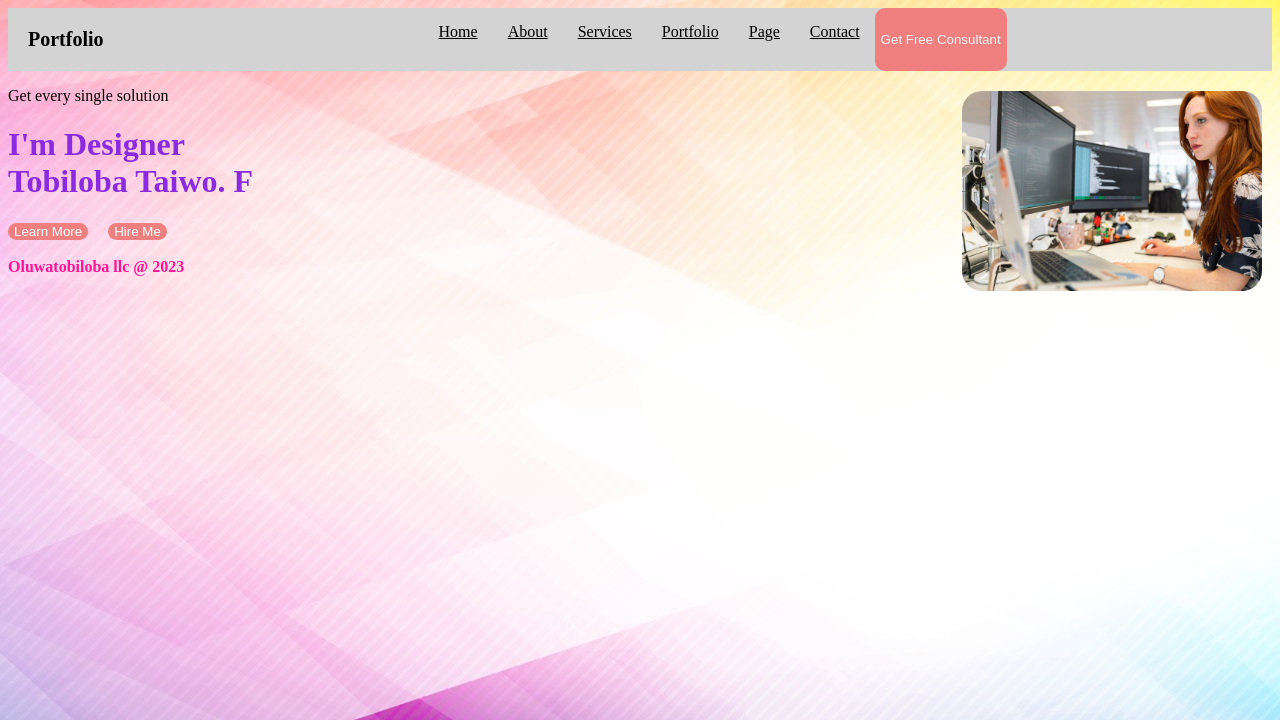
Repository: Tobby004/bdc_task_1
Page: index.html
An editor plug-in stored every save of this project. The page is shown before and after the next save, followed by the edit.
The browser window is 1280 px wide. The pictures show the whole page.

Above is the page before, as saved 2023-02-19 01:02:46.

### index.html
<!DOCTYPE html>
<html lang="en">
<head>
    <meta charset="UTF-8">
    <meta http-equiv="X-UA-Compatible" content="IE=edge">
    <meta name="viewport" content="width=device-width, initial-scale=1.0">
    <title>Template</title>
    <link rel="stylesheet" href="task.css">
</head>
<header>
    <b> Portfolio</b>
    <a href="#">Home</a>
    <a href="#">About</a>
    <a href="#">Services</a>
    <a href="#">Portfolio</a>
    <a href="#">Page</a>
    <a href="#">Contact</a>
    <button>Get Free Consultant</button>
</header>
<body>
    <img src="img1.jpeg">
    <p>Get every single solution</p>
    <h1> I'm Designer <br> Tobiloba Taiwo. F</h1>
    <button>Learn More</button><button>Hire Me</button>
    <br>
    <br>
    <footer><b>Oluwatobiloba llc @ 2023</b></footer>
</body>
</html>

### task.css
* {
    box-sizing: border-box;
}
header {
    display: flex;
    background: lightgray

}
header b {
    display: flex;
    padding: 20px;
    margin-right: 300px;
    font-size: 20px;

}
header a {
    padding: 15px;
    display: flex;
    color: black;
}
img {
    width: 300px;
    margin-top: 20px;
    float: right;
    border-radius: 20px;
    margin-right: 10px;
}
button {
    margin-inline-end: 20px;
    background-color: lightcoral;
}
body {
    background-image: url(back001.jpeg)
}
header button {
    color: whitesmoke;
}
button {
    color: white;
    border-radius: 10px;
    border: none;
}
h1 {
    color: blueviolet;
}
footer {
    color: deeppink;
}

After the next save:
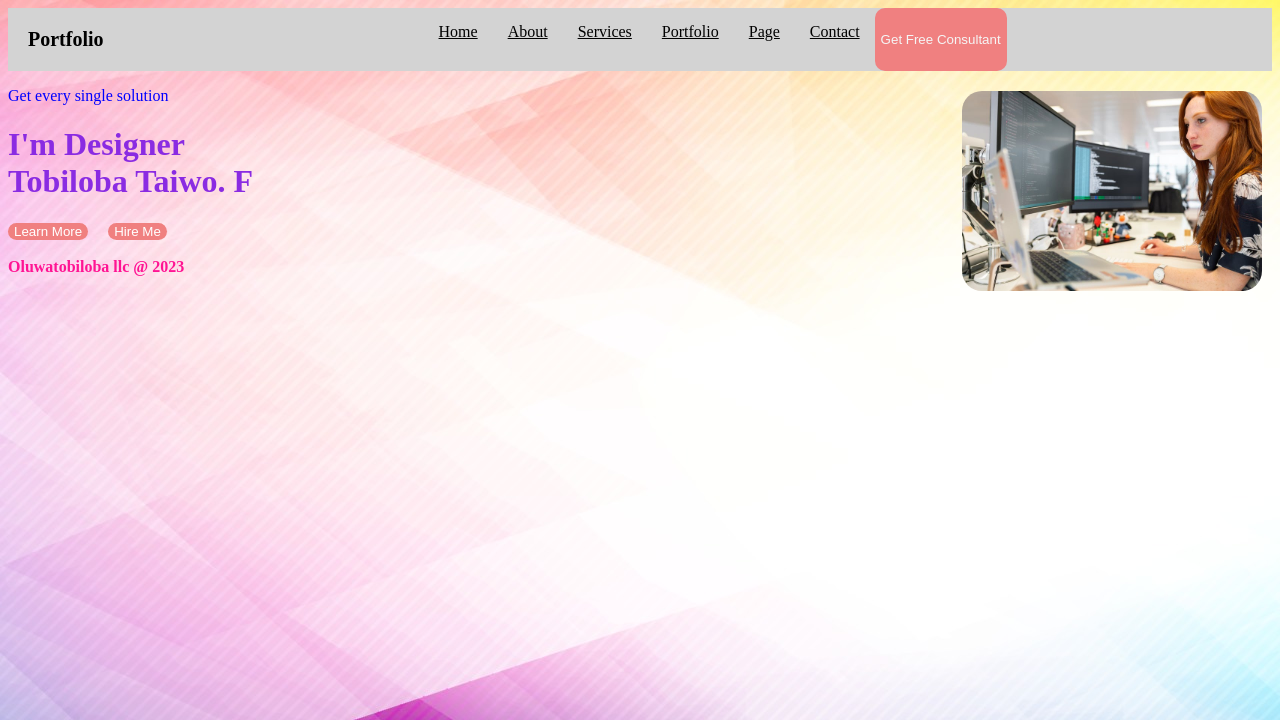
Saved 8 min 22 s later.
--- a/task.css
+++ b/task.css
@@ -46,3 +46,6 @@ h1 {
 footer {
     color: deeppink;
 }
+p {
+    color: blue;
+}
